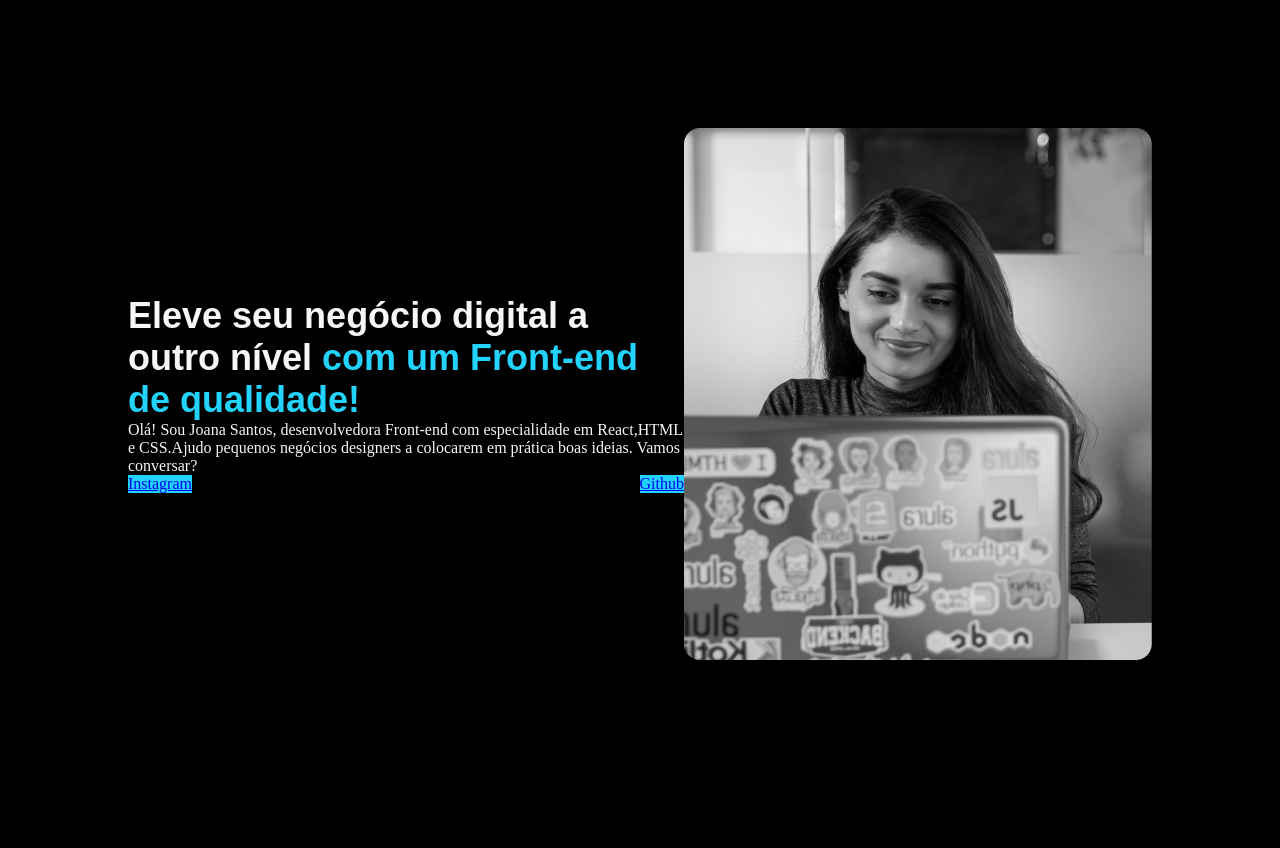
Repository: YoungAkira/CursoHtmlCss
Page: index.html
These files come from the project's save history. The page is drawn as it stood at one moment and after the next save; the edit follows.
The browser window is 1280 px wide. The pictures show the whole page.
Some web fonts or font styles are not loaded; a fallback is used.

Above is the page before, as saved 2023-05-13 12:10:05.

### index.html
<!DOCTYPE html>
<html lang="pt-br">
<head>
    <meta charset="UTF-8">
    <meta http-equiv="X-UA-Compatible" content="IE=edge">
    <meta name="viewport" content="width=device-width, initial-scale=1.0">
    <title>Portfolio</title>
    <link rel="stylesheet" href="style.css">
</head>
<body>
    <header></header>
    <main class="apresentacao">
            <section class="apresentacao_conteudo">
                 <h1 class="apresentacao_conteudo_titulo">Eleve seu
                    negócio digital a outro nível <strong
                    class="titulo-destaque">com um Front-end de qualidade!</strong></h1>

                    <p class="apresentacao_conteudo_texto">Olá! Sou Joana Santos, desenvolvedora Front-end
                        com especialidade em React,HTML e CSS.Ajudo
                        pequenos negócios designers a colocarem em
                        prática boas ideias. Vamos conversar?</p>


                    <div class="apresentacao_links">
                        <a class="apresentacao-links-link" href="instagram.com">Instagram</a>
                        <a class="apresentacao-links-link" href="www.google.com">Github</a>
                    </div>

            </section>
                    <img src="imagem.png" alt="Foto Joana Santos programando">
    </main>


    <footer></footer>


</body>
</html>

### style.css
 @import url('https://fonts.googleapis.com/css2?family=Krona+One&display=swap');
 @import url('https://fonts.googleapis.com/css2?family=Krona+One&family=Montserrat&family=Roboto:wght@100&display=swap');

*{
    margin: 0;
    padding: 0;
}


body {
    background-color: black;
    box-sizing: border-box;
    color: #F6F6F6;
    height: 100vh;
}


.titulo-destaque {
    color: #22D4FD;
}


.apresentacao{
    display: flex;
    align-items: center;
    justify-content: space-between;
    margin: 10%;
}


.apresentacao_conteudo{
    width: 615px;
}


.apresentacao_conteudo_titulo{
    font-size: 36px;
    font-family: 'Krona One',sans-serif;
}


apresentacao_conteudo_texto{
    font-size: 24px;
    font-family: 'Montserrat', sans-serif;
}


.apresentacao_links{
    display: flex;
    justify-content: space-between;
}


.apresentacao-links-link{
    background-color: #22D4FD;
}

After the next save:
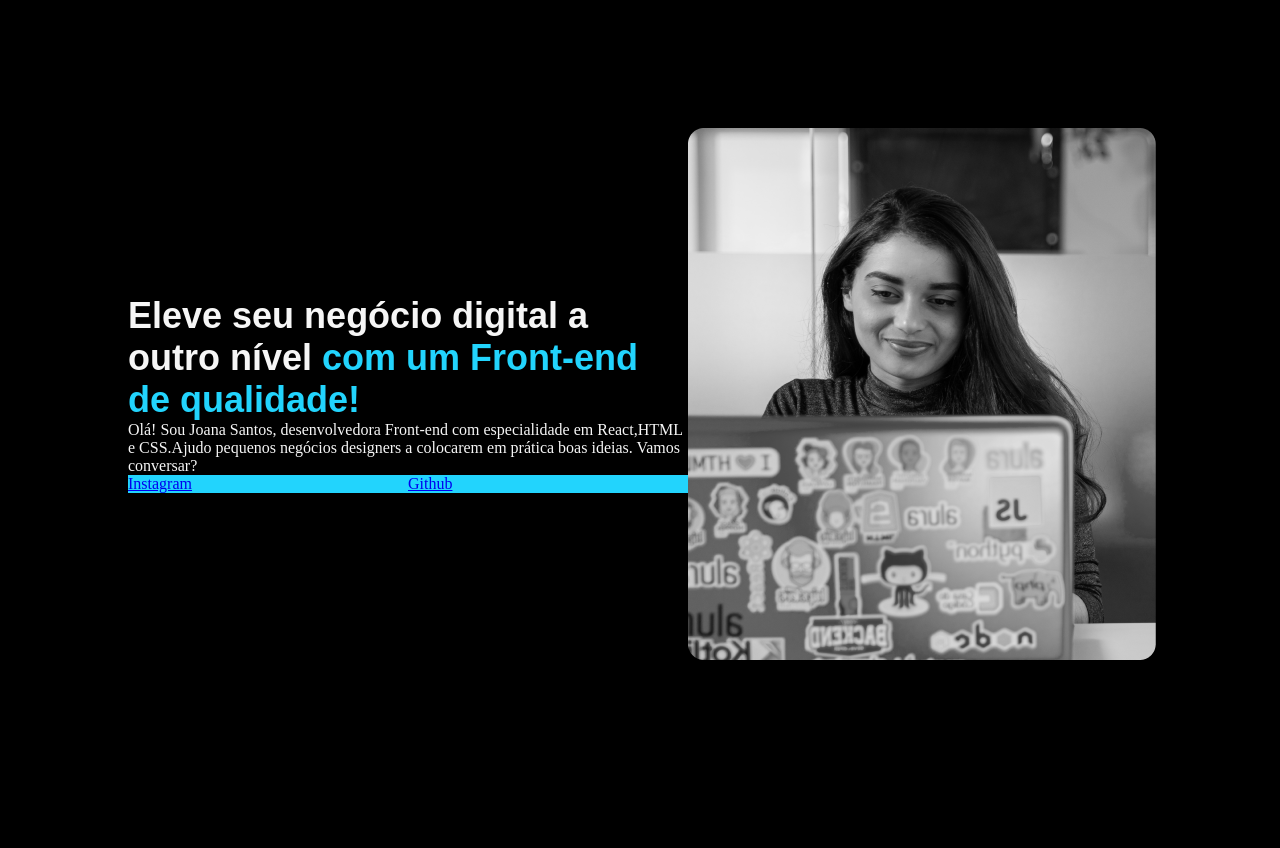
Saved 2 min 27 s later.
--- a/style.css
+++ b/style.css
@@ -53,4 +53,5 @@ apresentacao_conteudo_texto{
 
 .apresentacao-links-link{
     background-color: #22D4FD;
+    width: 280px;
 }
